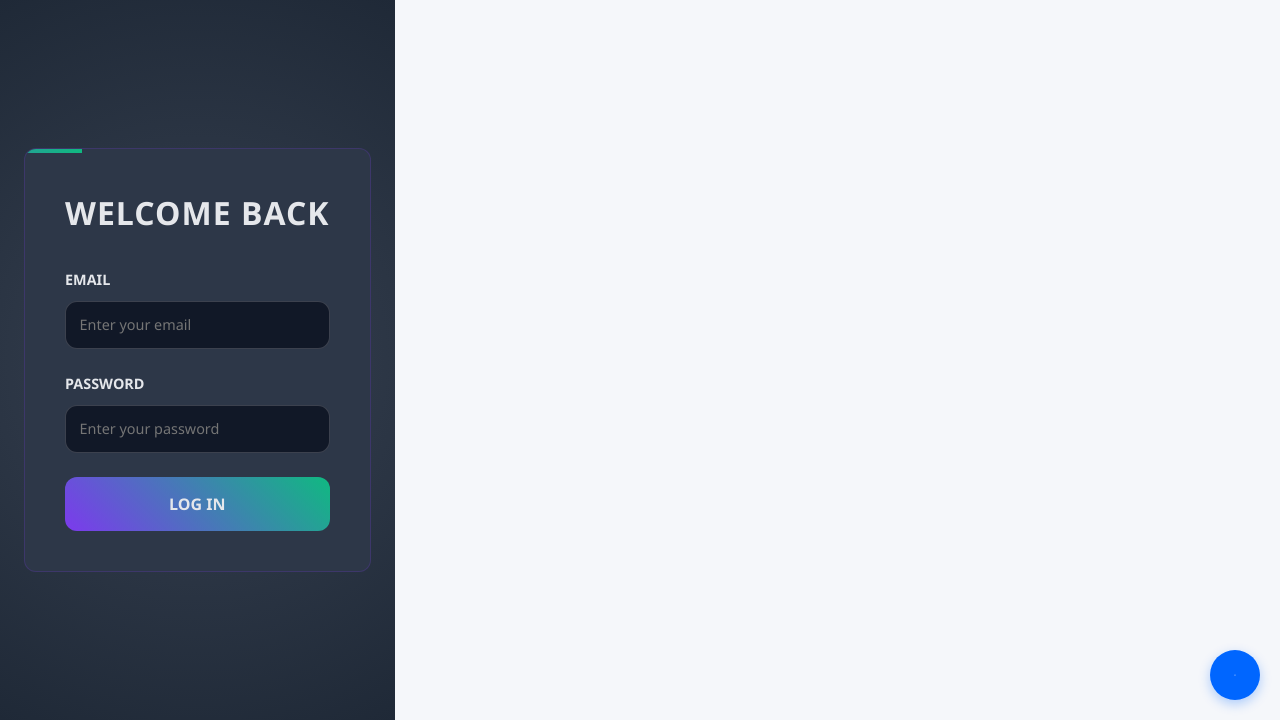
Repository: ferhadsultan98/e-commerce
Page: /
These files come from the project's save history. The page is drawn as it stood at one moment and after the next save; the edit follows.
The browser window is 1280 px wide. The pictures show the whole page.
The project was rebuilt for these pictures with package versions that can differ from the ones it lists, and the page was loaded fresh each time. Also part of the build but not shown: vite.config.js, src/client/Styles/Products.scss, src/client/Pages/Products/ProductCard.jsx, src/client/Pages/Products/Products.jsx, src/client/Styles/TechSlider.scss, src/client/Pages/TechSlider/TechSlider.jsx, src/client/Styles/TopHeader.scss, src/client/Components/Header/TopHeader.jsx and 28 more.

Above is the page before, as saved 2025-04-22 17:00:59.

### index.html
<!doctype html>
<html lang="en">
  <head>
    <meta charset="UTF-8" />
<link rel="shortcut icon" href="/src/client/Assets/bluelogo.png" type="image/x-icon">
    <meta name="viewport" content="width=device-width, initial-scale=1.0" />
    <title>TechStore</title>
  </head>
  <body>
    <div id="root"></div>
    <script type="module" src="/src/main.jsx"></script>
  </body>
</html>

### src/App.jsx
import React, { useState, useEffect } from 'react';
import './App.scss';
import Router from './Router';
import ChatWidget from './client/Components/Chat/ChatWidget';
import ScrollButton from './client/Components/ScrollButton/ScrollButton';

function App() {
  const [isAuthenticated, setIsAuthenticated] = useState(
    sessionStorage.getItem('isAuthenticated') === 'true'
  );

  useEffect(() => {
    sessionStorage.setItem('isAuthenticated', isAuthenticated);
  }, [isAuthenticated]);

  const handleLogin = () => {
    setIsAuthenticated(true);
  };

  const handleLogout = () => {
    setIsAuthenticated(false);
    sessionStorage.removeItem('isAuthenticated');
  };

  return (
    <>
    <Router
      isAuthenticated={isAuthenticated}
      handleLogin={handleLogin}
      handleLogout={handleLogout}
    />
    <ChatWidget/>
    <ScrollButton/>
    </>
  );
}

export default App;

### src/App.scss
*{
  margin: 0;
  padding: 0;
  box-sizing: border-box;
  font-family: 'Segoe UI', Tahoma, Geneva, Verdana, sans-serif;
}
body{
  background-color: #f5f7fa;
}

### src/client/Components/ScrollButton/ScrollButton.jsx
import React, { useState, useEffect } from "react";
import "../../Styles/ScrollButton.scss";
import { FaChevronUp } from "react-icons/fa";

const ScrollButton = () => {
  const [isVisible, setIsVisible] = useState(false);

  // Butonun görünürlüğünü kontrol et
  useEffect(() => {
    const toggleVisibility = () => {
      if (window.pageYOffset > 300) {
        setIsVisible(true);
      } else {
        setIsVisible(false);
      }
    };

    window.addEventListener("scroll", toggleVisibility);
    return () => window.removeEventListener("scroll", toggleVisibility);
  }, []);

  const scrollToTop = () => {
    const scrollStep = (timestamp) => {
      const start = performance.now();
      const duration = 800; // Animasyon süresi (ms)
      const easeInOutQuad = (t) => (t < 0.5 ? 2 * t * t : -1 + (4 - 2 * t) * t);

      const step = () => {
        const progress = Math.min((performance.now() - start) / duration, 1);
        const easing = easeInOutQuad(progress);
        window.scrollTo(0, (1 - easing) * window.pageYOffset);

        if (progress < 1) {
          requestAnimationFrame(step);
        }
      };

      requestAnimationFrame(step);
    };

    requestAnimationFrame(scrollStep);
  };

  return (
    <>
      {isVisible && (
        <button className="scroll-to-top" onClick={scrollToTop}>
          <FaChevronUp />
        </button>
      )}
    </>
  );
};

export default ScrollButton;

### src/client/Components/Login/Login.jsx
import React, { useState } from 'react';
import { useNavigate } from 'react-router-dom';
import '../../Styles/Login.scss';

const Login = ({ onLogin }) => {
  const [email, setEmail] = useState('');
  const [password, setPassword] = useState('');
  const [error, setError] = useState(null);
  const [loading, setLoading] = useState(false);

  const navigate = useNavigate();

  const handleLogin = async (e) => {
    e.preventDefault();
    setError(null);
    setLoading(true);

    try {
      // Simple authentication logic
      if (email && password) {
        sessionStorage.setItem('isAuthenticated', 'true');
        onLogin();
        navigate('/');
      } else {
        throw new Error('Invalid email or password');
      }
    } catch (error) {
      setError(error.message || 'An error occurred. Please try again.');
    } finally {
      setLoading(false);
    }
  };

  return (
    <div className="loginContainer">
      <div className="loginCard">
        <h2>Welcome Back</h2>
        {error && <div className="errorMessage">{error}</div>}
        <form onSubmit={handleLogin}>
          <div className="inputGroup">
            <label htmlFor="email">Email</label>
            <input
              type="email"
              id="email"
              value={email}
              onChange={(e) => setEmail(e.target.value)}
              placeholder="Enter your email"
              required
              disabled={loading}
            />
          </div>
          <div className="inputGroup">
            <label htmlFor="password">Password</label>
            <input
              type="password"
              id="password"
              value={password}
              onChange={(e) => setPassword(e.target.value)}
              placeholder="Enter your password"
              required
              disabled={loading}
            />
          </div>
          <button type="submit" className="loginBtn" disabled={loading}>
            {loading ? 'Logging In...' : 'Log In'}
          </button>
        </form>
      </div>
    </div>
  );
};

export default Login;

### src/client/Styles/ChatWidget.scss
.chatWidget {
  position: fixed;
  bottom: 20px;
  right: 20px;
  z-index: 3000;
  font-family: "Segoe UI", Tahoma, Geneva, Verdana, sans-serif;

  ::-webkit-scrollbar {
    width: 6px;
    height: 6px;
  }

  ::-webkit-scrollbar-track {
    background: transparent;
  }

  ::-webkit-scrollbar-thumb {
    background-color: #888;
    border-radius: 10px;
  }

  ::-webkit-scrollbar-thumb:hover {
    background-color: #555;
  }

  ::-webkit-scrollbar-button {
    display: none;
    height: 0;
    width: 0;
    background: transparent;
  }

  * {
    scrollbar-width: thin;
    scrollbar-color: #888 transparent;
  }

  .chatButton {
    background-color: #0066ff;
    color: white;
    border: none;
    border-radius: 50%;
    padding: 12px 24px;
    width: 50px;
    height: 50px;
    cursor: pointer;
    box-shadow: 0 4px 12px rgba(0, 102, 255, 0.3);
    transition: all 0.3s ease;

    i{
      display: flex;
      font-size: 24px;
    }
    &:hover {
      transform: translateY(-2px);
      box-shadow: 0 6px 16px rgba(0, 102, 255, 0.4);
    }

    &.active {
      background-color: #0044cc;
      transform: scale(0.95);
      box-shadow: 0 2px 8px rgba(0, 102, 255, 0.4);
    }
  }

  .chatContainer {
    position: fixed;
    bottom: 80px;
    right: 20px;
    width: 350px;
    height: 500px;
    background-color: white;
    border-radius: 12px;
    box-shadow: 0 10px 25px rgba(0, 0, 0, 0.1);
    display: flex;
    flex-direction: column;
    transform: translateY(20px);
    opacity: 0;
    pointer-events: none;
    transition: all 0.4s cubic-bezier(0.175, 0.885, 0.32, 1.275);
    overflow: hidden;

    &.open {
      transform: translateY(0);
      opacity: 1;
      pointer-events: all;
    }

    .chatHeader {
      background-color: #0066ff;
      color: white;
      padding: 16px;
      display: flex;
      justify-content: space-between;
      align-items: center;

      h3 {
        margin: 0;
        font-size: 18px;
      }

      .closeButton {
        background: none;
        border: none;
        color: white;
        font-size: 24px;
        cursor: pointer;
        width: 30px;
        height: 30px;
        display: flex;
        align-items: center;
        justify-content: center;
        border-radius: 50%;
        transition: background-color 0.2s;

        &:hover {
          background-color: rgba(255, 255, 255, 0.2);
        }
      }
    }

    .chatMessages {
      flex: 1;
      padding: 16px;
      overflow-y: auto;
      display: flex;
      flex-direction: column;
      gap: 12px;

      .welcomeMessage {
        background-color: #f1f5ff;
        padding: 14px;
        border-radius: 12px;
        align-self: flex-start;
        max-width: 80%;
        position: relative;
        animation: fadeIn 0.5s ease-out;

        p {
          margin: 0 0 12px 0;
        }

        .messageTime,
        .messageDate {
          font-size: 11px;
          color: #888;
          margin-right: 8px;
        }
      }

      .message {
        display: flex;
        margin-bottom: 8px;
        animation: fadeIn 0.5s ease-out;

        .messageContent {
          padding: 12px;
          border-radius: 12px;
          max-width: 80%;
          position: relative;

          p {
            margin: 0 0 6px 0;
            word-wrap: break-word;
          }

          .messageMetadata {
            display: flex;
            font-size: 11px;
            color: #888;
            margin-top: 4px;

            .messageTime {
              margin-right: 8px;
            }
          }
        }

        &.userMessage {
          justify-content: flex-end;

          .messageContent {
            background-color: #0066ff;
            color: white;
            border-bottom-right-radius: 4px;

            .messageMetadata {
              color: rgba(255, 255, 255, 0.8);
            }
          }
        }

        &.botMessage {
          justify-content: flex-start;

          .messageContent {
            background-color: #f1f5ff;
            color: #333;
            border-bottom-left-radius: 4px;
          }
        }

        &.operatorMessage {
          justify-content: flex-start;

          .messageContent {
            background-color: #ffd166;
            color: #333;
            border-bottom-left-radius: 4px;
          }
        }
      }

      .quickQuestions {
        margin-top: 16px;
        display: flex;
        flex-direction: column;
        gap: 8px;
        animation: fadeIn 0.6s ease-out;

        p {
          margin: 0 0 8px 0;
          font-size: 14px;
          color: #666;
        }

        .quickQuestion {
          background-color: #f1f5ff;
          border: 1px solid #e1e5ff;
          border-radius: 18px;
          padding: 10px 16px;
          font-size: 14px;
          cursor: pointer;
          transition: all 0.2s;
          text-align: left;

          &:hover {
            background-color: #e1e5ff;
            transform: translateY(-1px);
          }

          &:active {
            transform: translateY(1px);
          }
        }
      }

      .operatorOption {
        display: flex;
        justify-content: center;
        margin-top: 16px;
        animation: fadeIn 0.5s ease-out;

        button {
          background-color: #0066ff;
          color: white;
          border: none;
          border-radius: 18px;
          padding: 10px 20px;
          font-size: 14px;
          cursor: pointer;
          transition: all 0.2s;

          &:hover {
            background-color: #0044cc;
          }
        }
      }
    }

    .chatInputForm {
      display: flex;
      gap: 8px;
      padding: 12px;
      background-color: #f9f9f9;
      border-top: 1px solid #eee;

      input {
        flex: 1;
        padding: 12px 16px;
        border: 1px solid #ddd;
        border-radius: 24px;
        font-size: 14px;

        &:focus {
          outline: none;
          border-color: #0066ff;
        }
      }

      .emojiButton,
      .sendButton {
        width: 40px;
        height: 40px;
        border-radius: 50%;
        display: flex;
        align-items: center;
        justify-content: center;
        cursor: pointer;
        border: none;
        transition: all 0.2s;
      }

      .emojiButton {
        background-color: #f1f5ff;
        color: #666;

        &:hover {
          background-color: #e1e5ff;
        }
      }

      .sendButton {
        background-color: #0066ff;
        color: white;

        &:hover {
          background-color: #0044cc;
        }

        &:before {
          content: "→";
          font-size: 20px;
        }
      }
    }
  }
}

@keyframes fadeIn {
  from {
    opacity: 0;
    transform: translateY(10px);
  }
  to {
    opacity: 1;
    transform: translateY(0);
  }
}

@media screen and (max-width: 768px) {
  .chatWidget {
    .chatContainer {
      width: 300px;
      height: 450px;
      bottom: 70px;
    }
  }
}

@media screen and (max-width: 480px) {
  .chatWidget {
    bottom: 0;
    right: 0;

    .chatButton {
      border-radius: 50%;
      width: 50px;
      height: 50px;
      position: fixed;
      bottom: 0;
      left: 0;
      right: 0;
    }

    .chatContainer {
      width: 100%;
      height: calc(100vh - 120px);
      bottom: 60px;
      right: 0;
      border-radius: 0;

      &.open {
        bottom: 45px;
      }
    }
  }
}

### src/client/Styles/Login.scss
/* Variables */
$primary-color: #7c3aed;
$background-color: #1f2937;
$card-bg: #2d3748;
$accent-color: #10b981;
$error-color: #ef4444;
$text-color: #e5e7eb;
$border-radius: 12px;
$glow-shadow: 0 0 12px rgba($primary-color, 0.3);

/* Base styles */
.loginContainer {
  display: flex;
  justify-content: center;
  align-items: center;
  min-height: 100vh;
  background: radial-gradient(circle at center, #374151 0%, $background-color 100%);
  padding: 1.5rem;
}

.loginCard {
  background: $card-bg;
  padding: 2.5rem;
  border-radius: $border-radius;
  border: 1px solid rgba($primary-color, 0.2);
  width: 100%;
  max-width: 420px;
  position: relative;
  overflow: hidden;
  transition: all 0.3s ease;

  &::before {
    content: '';
    position: absolute;
    top: 0;
    left: 0;
    width: 100%;
    height: 4px;
    background: linear-gradient(90deg, $primary-color, $accent-color);
    animation: slideGlow 3s infinite;
  }

  h2 {
    color: $text-color;
    font-size: 2rem;
    font-weight: 700;
    margin-bottom: 2rem;
    text-transform: uppercase;
    letter-spacing: 1px;
  }
}

@keyframes slideGlow {
  0% { transform: translateX(-100%); }
  50% { transform: translateX(100%); }
  100% { transform: translateX(-100%); }
}

.errorMessage {
  background: rgba($error-color, 0.2);
  color: $error-color;
  padding: 1rem;
  border-radius: $border-radius;
  margin-bottom: 1.5rem;
  font-size: 0.9rem;
  border-left: 4px solid $error-color;
}

.inputGroup {
  margin-bottom: 1.5rem;
  position: relative;
  display: flex;
  flex-direction: column;

  label {
    display: block;
    color: $text-color;
    font-size: 0.9rem;
    font-weight: 600;

    text-transform: uppercase;
  }

  input {
    width: 100%;
    padding: 0.85rem;
    background: #111827;
    border: 1px solid rgba($text-color, 0.2);
    border-radius: $border-radius;
    color: $text-color;
    font-size: 0.9rem;
    transition: all 0.3s ease;

    &:focus {
      outline: none;
      border-color: $primary-color;
      box-shadow: $glow-shadow;
    }

    &:disabled {
      background: #1f2937;
      opacity: 0.6;
      cursor: not-allowed;
    }
  }
}

.loginBtn {
  width: 100%;
  padding: 1rem;
  background: linear-gradient(45deg, $primary-color, $accent-color);
  color: $text-color;
  border: none;
  border-radius: $border-radius;
  font-size: 1rem;
  font-weight: 600;
  text-transform: uppercase;
  cursor: pointer;
  transition: all 0.3s ease;
  position: relative;
  overflow: hidden;

  &:hover:not(:disabled) {
    transform: scale(1.02);
    box-shadow: $glow-shadow;
  }

  &:disabled {
    background: #4b5563;
    cursor: not-allowed;
  }

  &::after {
    content: '';
    position: absolute;
    top: 50%;
    left: 50%;
    width: 0;
    height: 0;
    background: rgba(255, 255, 255, 0.2);
    border-radius: 50%;
    transform: translate(-50%, -50%);
    transition: all 0.4s ease;
  }

  &:hover::after {
    width: 200%;
    height: 200%;
  }
}

/* Responsive design */
@media (max-width: 640px) {
  .loginCard {
    padding: 2rem;
    max-width: 90%;

    h2 {
      font-size: 1.75rem;
    }
  }

  .inputGroup {
    margin-bottom: 1.25rem;

    input {
      padding: 0.75rem;
    }
  }

  .loginBtn {
    padding: 0.85rem;
  }
}

@media (max-width: 480px) {
  .loginContainer {
    padding: 1rem;
  }

  .loginCard {
    padding: 1.5rem;

    h2 {
      font-size: 1.5rem;
    }
  }

  .errorMessage {
    padding: 0.75rem;
    font-size: 0.85rem;
  }
}

### src/client/Styles/Footer.scss
.footerWrapper {
    background-color: #1a202c;
    color: #e2e8f0;
    font-family: "Inter", sans-serif;
    padding-top: 60px;
  }

  .footerContainer {
    max-width: 1280px;
    margin: 0 auto;
    padding: 0 20px;
  }

  .footerTop {
    border-bottom: 1px solid #4a5568;
    padding-bottom: 40px;
  }

  .footerTop .footerContainer {
    display: grid;
    grid-template-columns: repeat(auto-fit, minmax(200px, 1fr));
    gap: 30px;
  }

  .footerColumn {
    display: flex;
    flex-direction: column;
    gap: 20px;
  }

  .footerLogo {
    h2 {
      font-size: 24px;
      font-weight: 700;
      color: #ffffff;
      margin-bottom: 10px;
    }

    p {
      font-size: 14px;
      color: #a0aec0;
    }
  }

  .footerSocial {
    display: flex;
    gap: 15px;

    .socialIcon {
      color: #a0aec0;
      transition: color 0.3s ease;

      &:hover {
        color: #3182ce;
      }
    }
  }

  .footerColumn h3 {
    font-size: 18px;
    font-weight: 600;
    color: #ffffff;
    margin-bottom: 15px;
  }

  .footerLinks {
    list-style: none;
    padding: 0;
    margin: 0;
    display: flex;
    flex-direction: column;
    gap: 10px;

    li {
      a {
        color: #a0aec0;
        text-decoration: none;
        font-size: 14px;
        transition: color 0.3s ease;

        &:hover {
          color: #3182ce;
        }
      }
    }
  }

  .subscribeColumn {
    max-width: 300px;

    p {
      font-size: 14px;
      color: #a0aec0;
      margin-bottom: 20px;
    }
  }

  .subscribeForm {
    display: flex;
    flex-direction: column;
    gap: 10px;
  }

  .inputGroup {
    display: flex;
    gap: 10px;
  }

  .subscribeForm input {
    flex: 1;
    padding: 10px 15px;
    border: 1px solid #4a5568;
    background-color: #2d3748;
    color: #e2e8f0;
    border-radius: 4px;
    font-size: 14px;
    outline: none;

    &::placeholder {
      color: #a0aec0;
    }

    &.inputError {
      border-color: #e53e3e;
    }
  }

  .subscribeButton {
    padding: 10px 20px;
    background-color: #3182ce;
    border: none;
    border-radius: 4px;
    color: #ffffff;
    font-size: 14px;
    font-weight: 500;
    cursor: pointer;
    transition: background-color 0.3s ease;

    &:hover {
      background-color: #2b6cb0;
    }
  }

  .statusMessage {
    font-size: 13px;
    padding: 8px;
    border-radius: 4px;
    text-align: center;

    &.successMessage {
      background-color: #2f855a;
      color: #ffffff;
    }

    &.errorMessage {
      background-color: #e53e3e;
      color: #ffffff;
    }
  }

  .footerBottom {
    padding: 20px 0;
    font-size: 14px;
  }

  .footerBottom .footerContainer {
    display: flex;
    justify-content: space-between;
    align-items: center;
    flex-wrap: wrap;
    gap: 20px;
  }

  .footerCopyright {
    color: #a0aec0;
  }

  .footerLegal {
    display: flex;
    gap: 20px;

    a {
      color: #a0aec0;
      text-decoration: none;
      transition: color 0.3s ease;

      &:hover {
        color: #3182ce;
      }
    }
  }

  /* Responsive Styles */
  @media screen and (max-width: 992px) {
    .footerTop .footerContainer {
      grid-template-columns: repeat(auto-fit, minmax(180px, 1fr));
    }

    .subscribeColumn {
      max-width: 100%;
    }
  }

  @media screen and (max-width: 768px) {
    .footerWrapper {
      padding-top: 40px;
    }

    .footerTop {
      padding-bottom: 30px;
    }

    .footerTop .footerContainer {
      gap: 20px;
    }

    .footerLogo h2 {
      font-size: 20px;
    }

    .footerColumn h3 {
      font-size: 16px;
    }

    .footerLinks li a {
      font-size: 13px;
    }

    .subscribeForm input,
    .subscribeButton {
      font-size: 13px;
    }
  }

  @media screen and (max-width: 576px) {
    .footerBottom .footerContainer {
      flex-direction: column;
      align-items: flex-start;
    }

    .footerLegal {
      flex-direction: column;
      gap: 10px;
    }

    .inputGroup {
      flex-direction: column;
    }

    .subscribeButton {
      width: 100%;
      text-align: center;
    }
  }

Loaded but not shown: src/main.jsx (common file); src/index.css (common file); src/client/Pages/Products/Products.json (1077 lines, source omitted); src/client/Components/Chat/ChatWidget.jsx (249 lines, source omitted); src/Router.jsx (171 lines, source omitted)

After the next save:
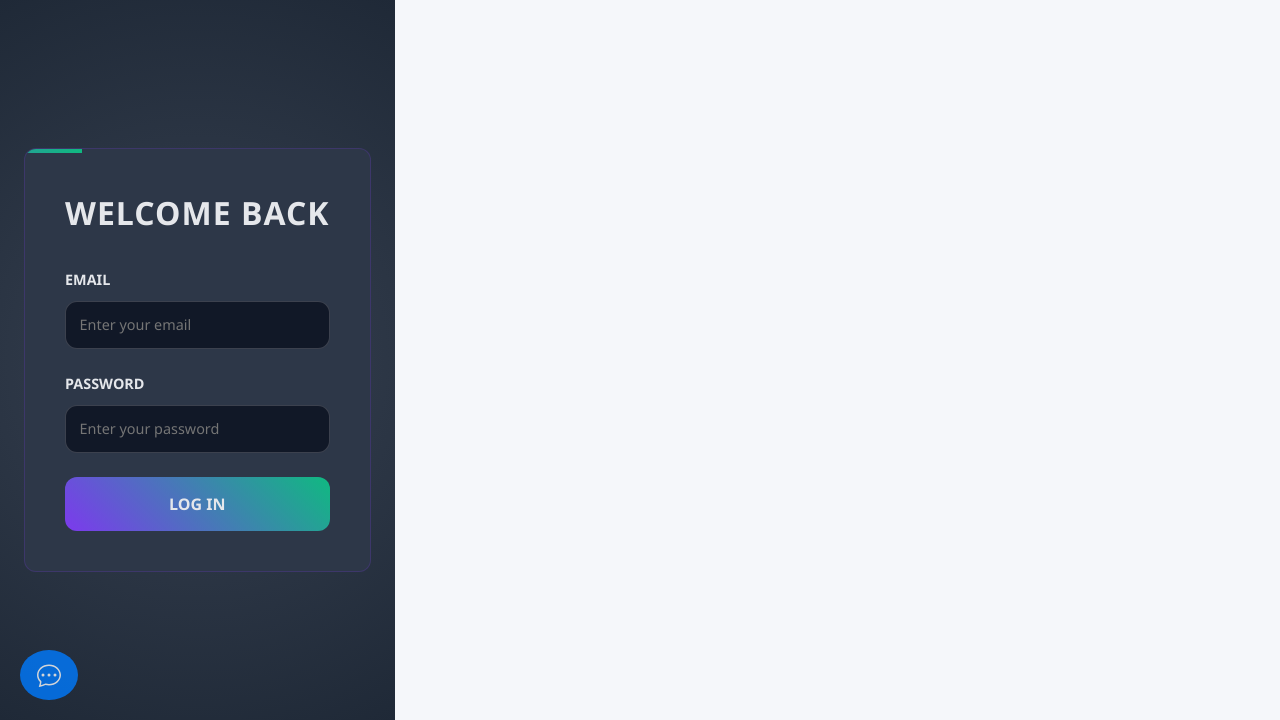
Saved 72 s later.
--- a/src/client/Styles/ChatWidget.scss
+++ b/src/client/Styles/ChatWidget.scss
@@ -36,16 +36,29 @@
   }
 
   .chatButton {
-    background-color: #0066ff;
+    position: fixed;
+    bottom: 20px;
+    left: 20px;
+    width: 50px;
+    height: 50px;
+    background-color: #007bff;
     color: white;
     border: none;
     border-radius: 50%;
-    padding: 12px 24px;
-    width: 50px;
-    height: 50px;
     cursor: pointer;
-    box-shadow: 0 4px 12px rgba(0, 102, 255, 0.3);
-    transition: all 0.3s ease;
+    font-size: 24px;
+    display: flex;
+    align-items: center;
+    justify-content: center;
+    transition: background-color 0.3s ease, transform 0.2s ease, opacity 0.3s ease;
+    opacity: 0.8;
+    z-index: 7;
+
+    &:hover {
+      background-color: #0056b3;
+      transform: scale(1.1);
+      opacity: 1;
+    }
 
     i{
       display: flex;
